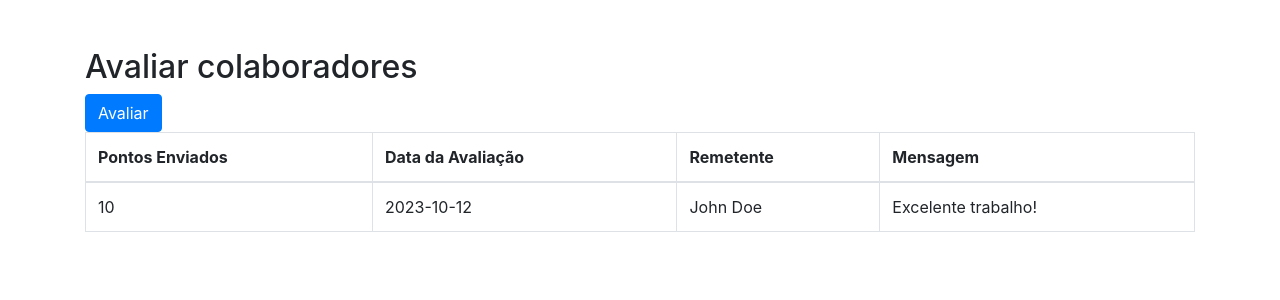
Repository: mumuryllo/ProjetoZupPointsCatalisa5
Page: ZuPointsCatalisa5 Front-End/avaliar_colaboradores.html
An editor plug-in stored every save of this project. The page is shown before and after the next save, followed by the edit.
The browser window is 1280 px wide. The pictures show the whole page.
The page's requests for data from a server got no answer.

Above is the page before, as saved 2023-10-12 16:58:25.

### ZuPointsCatalisa5 Front-End/avaliar_colaboradores.html
<!DOCTYPE html>
<html lang="en">
<head>
    <meta charset="UTF-8">
    <meta name="viewport" content="width=device-width, initial-scale=1.0">
    <title>Avaliação de Colaboradores</title>
    <link rel="stylesheet" href="https://maxcdn.bootstrapcdn.com/bootstrap/4.5.2/css/bootstrap.min.css">
</head>
<body>

    <div class="container mt-5">
        <h2>Avaliar colaboradores</h2>
        <button type="button" class="btn btn-primary" data-toggle="modal" data-target="#myModal">Avaliar</button>

        <div class="table-responsive">
            <table id="tabelaAvaliacoes" class="table table-bordered">
                <thead>
                    <tr>
                        <th>Pontos Enviados</th>
                        <th>Data da Avaliação</th>
                        <th>Remetente</th>
                        <th>Mensagem</th>
                    </tr>
                </thead>
                <tbody>
                    <!-- Inclua aqui suas linhas de dados -->
                    <tr>
                        <td>10</td>
                        <td>2023-10-12</td>
                        <td>John Doe</td>
                        <td>Excelente trabalho!</td>
                    </tr>
                </tbody>
            </table>
        </div>

        <!-- Modal -->
        <div class="modal fade" id="myModal">
            <div class="modal-dialog modal-dialog-centered">
                <div class="modal-content">
                    <!-- Modal Header -->
                    <div class="modal-header">
                        <h4 class="modal-title">Avaliar colaborador</h4>
                        <button type="button" class="close" data-dismiss="modal">&times;</button>
                    </div>
                    <!-- Modal body -->
                    <div class="modal-body">
                        <form>
                            <div class="form-group">
                                <label for="pontos">Quantidade de pontos:</label>
                                <input type="number" class="form-control" id="pontos">
                            </div>
                            <div class="form-group">
                                <label for="destinatarioEmail">Destinatário Email:</label>
                                <input type="email" class="form-control" id="destinatarioEmail">
                            </div>
                            <div class="form-group">
                                <label for="mensagem">Mensagem:</label>
                                <textarea class="form-control" id="mensagem" rows="4"></textarea>
                            </div>
                            <button type="submit" class="btn btn-primary">Enviar</button>
                        </form>
                    </div>
                </div>
            </div>
        </div>
    </div>

    <script src="https://code.jquery.com/jquery-3.5.1.min.js"></script>
    <script src="https://maxcdn.bootstrapcdn.com/bootstrap/4.5.2/js/bootstrap.min.js"></script>
        <script src="./js/AvaliarColaborador.js"></script>
</body>
</html>

### ZuPointsCatalisa5 Front-End/js/AvaliarColaborador.js
function enviarAvaliacao() {
    const qtdPontos = document.getElementById("pontos").value;
    const destinatarioEmail = document.getElementById("destinatarioEmail").value;
    const mensagem = document.getElementById("mensagem").value;

    const data = {
        qtdPontos,
        destinatarioEmail,
        mensagem
    };

    const url = "http://localhost:8080/avaliacoes";
    const token = localStorage.getItem('token');

    const requestOptions = {
        method: "POST",
        headers: {
            "Authorization": `Bearer ${token}`,
            "Content-Type": "application/json"
        },
        body: JSON.stringify(data)
    };

    fetch(url, requestOptions)
        .then(response => {
            if (response.ok) {
                return response.json();
            } else {
                throw  Error("Erro na requisição.");
            }
        })
        .then(data => {
            alert("Avaliação enviada")
            window.location.href='colaborador.html';
            console.log("Requisição bem-sucedida: ", data);
        })
        .catch(error => {
            console.error("Erro: ", error);
        });
}

document.querySelector("form").addEventListener("submit", function (e) {
    e.preventDefault();
    enviarAvaliacao();
});

function listarAvaliacoes() {
    const url = "http://localhost:8080/avaliacoes"; // URL da requisição GET

    // Substitua o token apropriado ou adicione cabeçalhos necessários
    const token = localStorage.getItem('token');
    const requestOptions = {
        method: "GET",
        headers: {
            "Authorization": `Bearer ${token}`,
        },
    };

    fetch(url, requestOptions)
        .then(response => {
            if (response.ok) {
                return response.json();
            } else {
                throw new Error("Erro na requisição GET.");
            }
        })
        .then(data => {
            // Supondo que você tem uma tabela com ID "tabelaAvaliacoes" para exibir os resultados
            const tabela = document.getElementById("tabelaAvaliacoes");

            // Limpe a tabela removendo todas as linhas existentes
            while (tabela.rows.length > 1) {
                tabela.deleteRow(1);
            }

            data.forEach(avaliacao => {
                const newRow = tabela.insertRow();
                newRow.innerHTML = `
                    <td>${avaliacao.qtdPontos}</td>
                    <td>${avaliacao.dataDaAvaliacao}</td>
                    <td>${avaliacao.remetenteEmail}</td>
                    <td>${avaliacao.mensagem}</td>
                `;
            });
        })
        .catch(error => {
            console.error("Erro na listagem de avaliações: ", error);
        });
}

// Chame a função listarAvaliacoes ao carregar a página ou quando for apropriado
listarAvaliacoes();

After the next save:
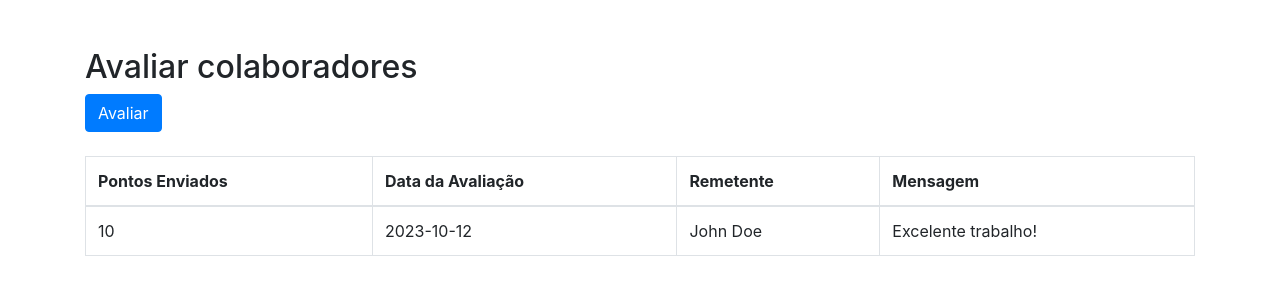
Saved 3 min 54 s later.
--- a/ZuPointsCatalisa5 Front-End/avaliar_colaboradores.html
+++ b/ZuPointsCatalisa5 Front-End/avaliar_colaboradores.html
@@ -10,7 +10,7 @@
 
     <div class="container mt-5">
         <h2>Avaliar colaboradores</h2>
-        <button type="button" class="btn btn-primary" data-toggle="modal" data-target="#myModal">Avaliar</button>
+        <button type="button" class="btn btn-primary mb-4" data-toggle="modal" data-target="#myModal">Avaliar</button>
 
         <div class="table-responsive">
             <table id="tabelaAvaliacoes" class="table table-bordered">
